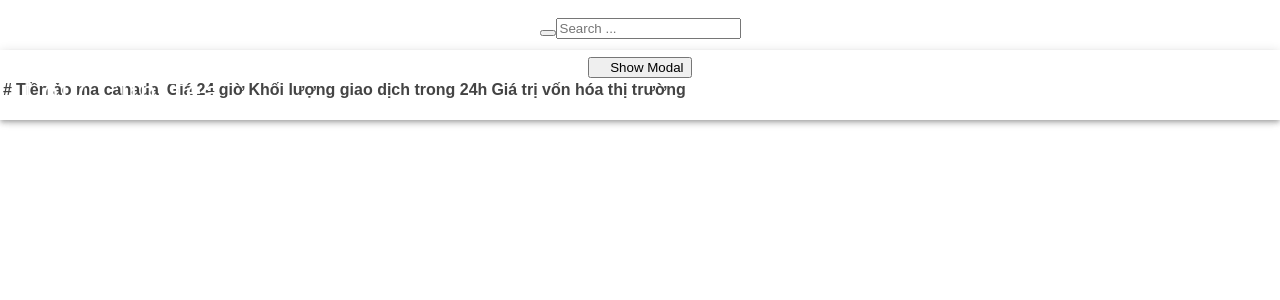
Repository: duongspm/loly-cuptea
Page: /
The author's editor kept a copy of each file at every save. The page is drawn from the files as they stood at one save, then again after a run of saves.
The browser window is 1280 px wide. The pictures show the whole page.
The page's requests for data from a server got no answer. The project was rebuilt for these pictures with package versions that can differ from the ones it lists, and the page was loaded fresh each time. No one was signed in, and anything a server would have sent is missing. Also part of the build but not shown: src/components/Coins/Coin.css.

Above is the page before, as saved 2022-06-06 22:58:54.

After the next 3 saves:
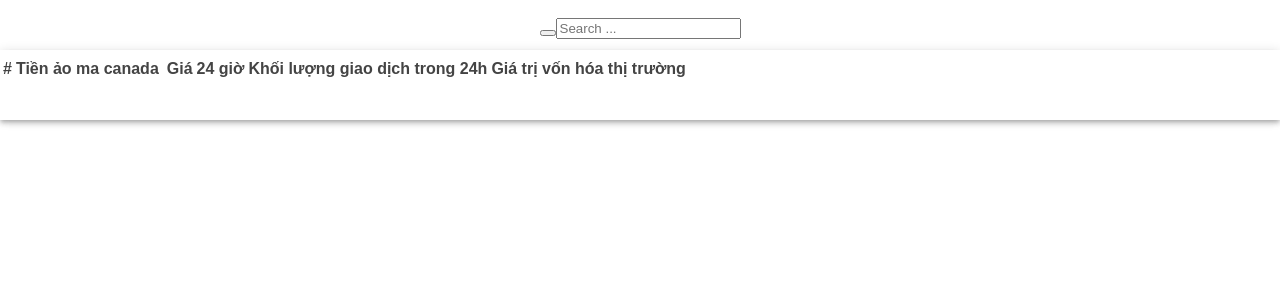
The 3 saves are shown as one change because they came seconds apart.
The last was saved 42 s later.
--- a/src/components/Coins/Coins.js
+++ b/src/components/Coins/Coins.js
@@ -40,7 +40,6 @@
                     </div>
                 </div>
                 <br/>
-                <button onClick={handleShow} className="btn btn-success" data-toggle="modal"><i className="material-icons">&#xE147;</i> <span>Show Modal</span></button>
                 <table striped bordered hover variant="dark">
                     <thead>
                         <tr>
